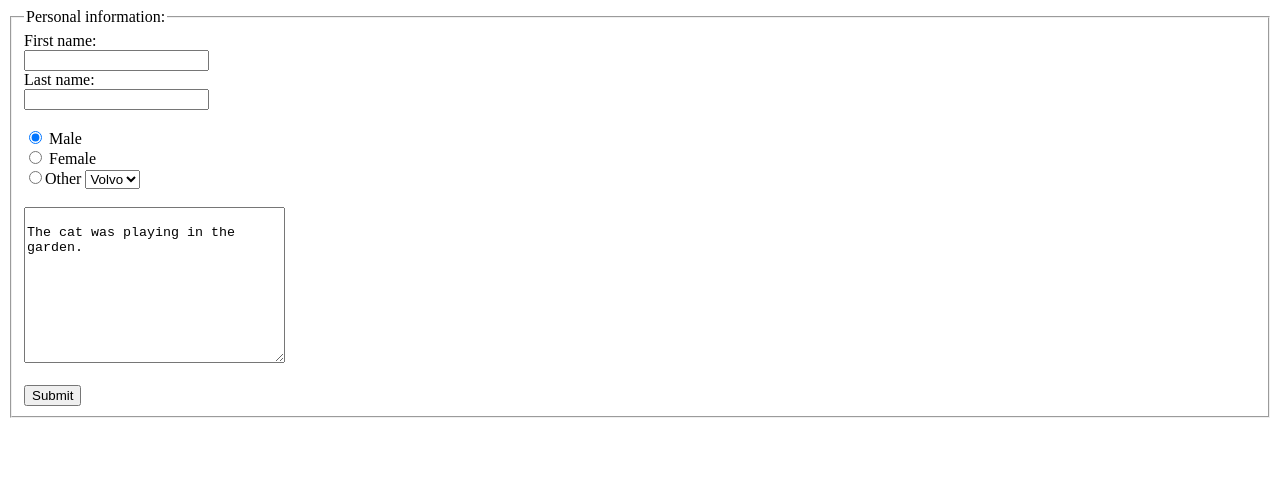
Repository: BaekJiGyeong/JSP
Page: http://localhost/AEA_Lesson0204/list.jsp
An editor plug-in stored every save of this project. The page is shown before and after the next save, followed by the edit.
The browser window is 1280 px wide. The pictures show the whole page.
The page is served by Tomcat 9.

Above is the page before, as saved 2016-02-04 10:57:23.

After the next save:
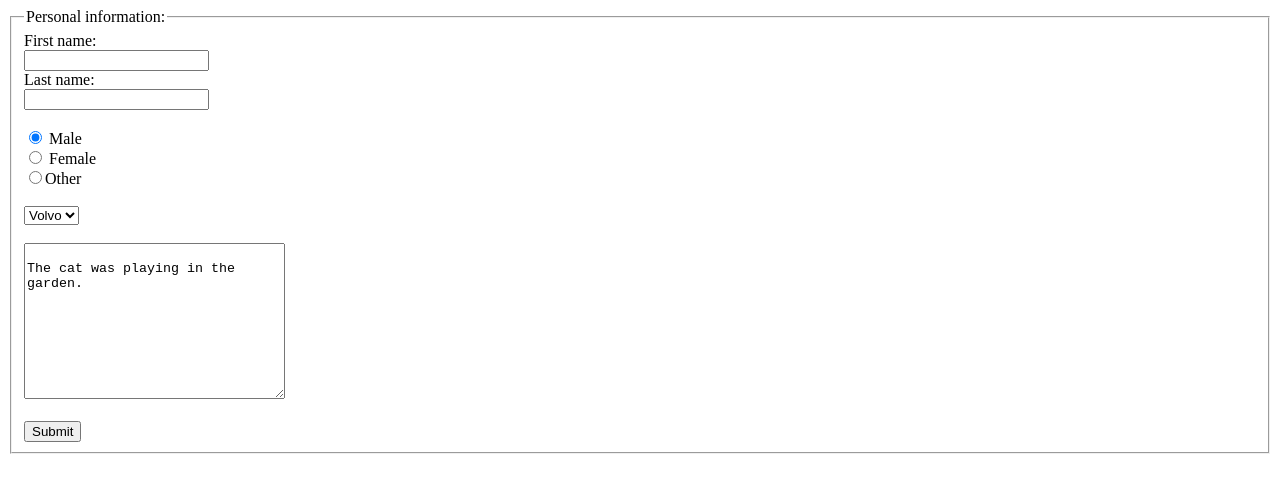
Saved 13 s later.
--- a/AEA_Lesson0204/WebContent/list.jsp
+++ b/AEA_Lesson0204/WebContent/list.jsp
@@ -16,7 +16,7 @@
 
 			<br> <input type="radio" name="gender" value="male" checked>
 			Male<br> <input type="radio" name="gender" value="female">
-			Female<br> <input type="radio" name="gender" value="other">Other
+			Female<br> <input type="radio" name="gender" value="other">Other <br> <br>
 
 			<select name="cars">
 				<option value="volvo">Volvo</option>
